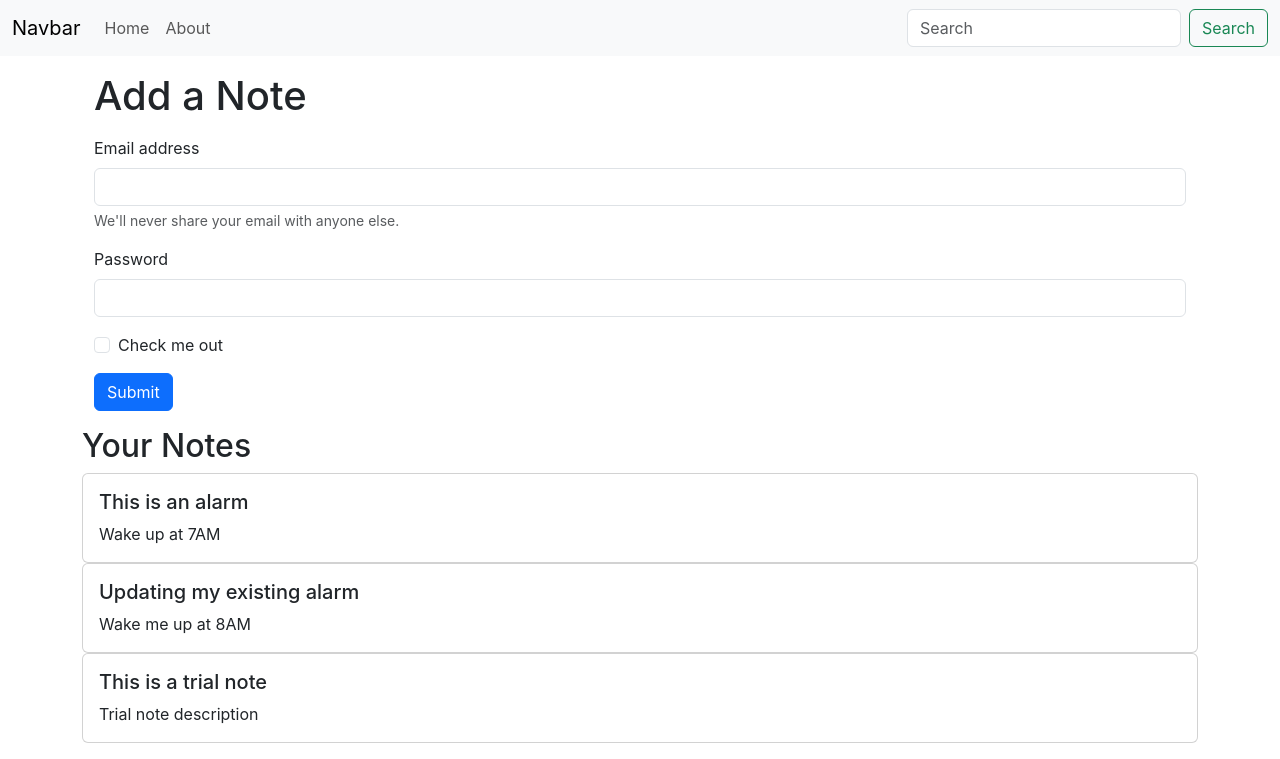
Repository: bhaveshdaipuria/inotebook
Page: /home
These files come from the project's save history. The page is drawn as it stood at one moment and after the next save; the edit follows.
The browser window is 1280 px wide. The pictures show the whole page.
The project was rebuilt for these pictures with package versions that can differ from the ones it lists, and the page was loaded fresh each time. Also part of the build but not shown: src/App.css, src/components/About.js.

Above is the page before, as saved 2023-05-03 13:56:01.

### public/index.html
<!DOCTYPE html>
<html lang="en">
  <head>
    <meta charset="utf-8" />
    <link rel="icon" href="%PUBLIC_URL%/favicon.ico" />
    <meta name="viewport" content="width=device-width, initial-scale=1" />
    <meta name="theme-color" content="#000000" />
    <meta
      name="description"
      content="Web site created using create-react-app"
    />
    <link rel="apple-touch-icon" href="%PUBLIC_URL%/logo192.png" />
    <link href="https://cdn.jsdelivr.net/npm/bootstrap@5.3.0-alpha3/dist/css/bootstrap.min.css" rel="stylesheet" integrity="sha384-KK94CHFLLe+nY2dmCWGMq91rCGa5gtU4mk92HdvYe+M/SXH301p5ILy+dN9+nJOZ" crossorigin="anonymous">
    <!--
      manifest.json provides metadata used when your web app is installed on a
      user's mobile device or desktop. See https://developers.google.com/web/fundamentals/web-app-manifest/
    -->
    <link rel="manifest" href="%PUBLIC_URL%/manifest.json" />
    <!--
      Notice the use of %PUBLIC_URL% in the tags above.
      It will be replaced with the URL of the `public` folder during the build.
      Only files inside the `public` folder can be referenced from the HTML.

      Unlike "/favicon.ico" or "favicon.ico", "%PUBLIC_URL%/favicon.ico" will
      work correctly both with client-side routing and a non-root public URL.
      Learn how to configure a non-root public URL by running `npm run build`.
    -->
    <title>iNotebook</title>
  </head>
  <body>
    <noscript>You need to enable JavaScript to run this app.</noscript>
    <div id="root"></div>
    <!--
      This HTML file is a template.
      If you open it directly in the browser, you will see an empty page.

      You can add webfonts, meta tags, or analytics to this file.
      The build step will place the bundled scripts into the <body> tag.

      To begin the development, run `npm start` or `yarn start`.
      To create a production bundle, use `npm run build` or `yarn build`.
    -->
  </body>
  <script src="https://cdn.jsdelivr.net/npm/bootstrap@5.3.0-alpha3/dist/js/bootstrap.bundle.min.js" integrity="sha384-ENjdO4Dr2bkBIFxQpeoTz1HIcje39Wm4jDKdf19U8gI4ddQ3GYNS7NTKfAdVQSZe" crossorigin="anonymous"></script>
</html>

### src/App.js
import './App.css';
import Navbar from './components/Navbar';
import Home  from './components/Home';
import { BrowserRouter, Routes, Route } from 'react-router-dom';
import About from './components/About';
import NoteState from './context/notes/NoteState';

function App() {
  return (
    <>
    <NoteState>
    <BrowserRouter>
    <Navbar/>
    <div className='container'>
      <Routes>
      <Route exact path = '/home' element={<Home/>}/>
      <Route exact path = '/about' element={<About/>}/>
    </Routes>
    </div>
    </BrowserRouter>
    </NoteState>
    </>
  );
}

export default App;

### src/components/Navbar.js
import React, { useEffect } from "react";
import { Link, useLocation } from "react-router-dom";

function Navbar() {
  let location = useLocation();
  useEffect(()=>{
    console.log(location.pathname)
  }, [location]);
  return (
    <nav className="navbar navbar-expand-lg bg-body-tertiary">
      <div className="container-fluid">
        <Link className="navbar-brand" to="/">
          Navbar
        </Link>
        <button
          className="navbar-toggler"
          type="button"
          data-bs-toggle="collapse"
          data-bs-target="#navbarSupportedContent"
          _aria-controls="navbarSupportedContent"
          aria-expanded="false"
          aria-label="Toggle navigation"
        >
          <span className="navbar-toggler-icon"></span>
        </button>
        <div className="collapse navbar-collapse" id="navbarSupportedContent">
          <ul className="navbar-nav me-auto mb-2 mb-lg-0">
            <li className="nav-item">
              <Link className={`nav-link ${location.pathname === '/'?"active":""}`} aria-current="page" to="/home">
                Home
              </Link>
            </li>
            <li className="nav-item">
              <Link className={`nav-link ${location.pathname === '/about'?"active":""}`} to="/about">
                About
              </Link>
            </li>
          </ul>
          <form className="d-flex" role="search">
            <input
              className="form-control me-2"
              type="search"
              placeholder="Search"
              aria-label="Search"
            />
            <button className="btn btn-outline-success" type="submit">
              Search
            </button>
          </form>
        </div>
      </div>
    </nav>
  );
}

export default Navbar;

### src/components/Home.js
import React, {useContext} from 'react';
import noteContext from '../context/notes/noteContext';
import NoteItem from './NoteItem';

function Home() {
  const context = useContext(noteContext);
  const{notes, setNotes} = context;
  return (
    <div>
    <div className='container my-3'>
    <h1>Add a Note</h1>
    <form className='my-3'>
  <div className="mb-3">
    <label for="exampleInputEmail1" className="form-label">Email address</label>
    <input type="email" className="form-control" id="exampleInputEmail1" aria-describedby="emailHelp"/>
    <div id="emailHelp" className="form-text">We'll never share your email with anyone else.</div>
  </div>
  <div className="mb-3">
    <label for="exampleInputPassword1" className="form-label">Password</label>
    <input type="password" className="form-control" id="exampleInputPassword1"/>
  </div>
  <div className="mb-3 form-check">
    <input type="checkbox" className="form-check-input" id="exampleCheck1"/>
    <label className="form-check-label" for="exampleCheck1">Check me out</label>
  </div>
  <button type="submit" className="btn btn-primary">Submit</button>
</form>
</div>
    <div className='row my-3'>
    <h2>Your Notes</h2>
    {notes.map((note)=>{
      return <NoteItem note = {note}/>
    })}
    </div>
    </div>
  )
}

export default Home;

### src/context/notes/NoteState.js
import NoteContext from "./noteContext";
import { useState } from "react";

const  NoteState = (props)=>{
    const notesInitial = [
        {
          "_id": "644f7e8be617961a0e690ce2",
          "user": "644f7d94e617961a0e690ccc",
          "title": "This is an alarm",
          "description": "Wake up at 7AM",
          "tag": "General",
          "date": "2023-05-01T08:55:39.717Z",
          "__v": 0
        },
        {
          "_id": "644f7ea9e617961a0e690ce5",
          "user": "644f7d94e617961a0e690ccc",
          "title": "Updating my existing alarm",
          "description": "Wake me up at 8AM",
          "tag": "Updated Alarm",
          "date": "2023-05-01T08:56:09.511Z",
          "__v": 0
        },
        {
          "_id": "644f8271f19dd960cfe94ffd",
          "user": "644f7d94e617961a0e690ccc",
          "title": "This is a trial note",
          "description": "Trial note description",
          "tag": "General",
          "date": "2023-05-01T09:12:17.622Z",
          "__v": 0
        }
      ]
      const [notes, setNotes] = useState(notesInitial)
    return(
        <NoteContext.Provider value={{notes, setNotes}}>
            {props.children}
        </NoteContext.Provider>
    )
}

export default NoteState;

### src/components/NoteItem.js
import React from 'react'

function NoteItem(props) {
    const {note} = props;
  return (
    <div className='col-mid-3'>
    <div className='card'>
        <div className='card-body'>
            <h5 className='card-title'>{note.title}</h5>
            <p className='card-text'>{note.description}</p>
        </div>
    </div>
    </div>
  )
}

export default NoteItem;

Loaded but not shown: src/index.js (common file); src/index.css (common file); src/context/notes/noteContext.js (common file)

After the next save:
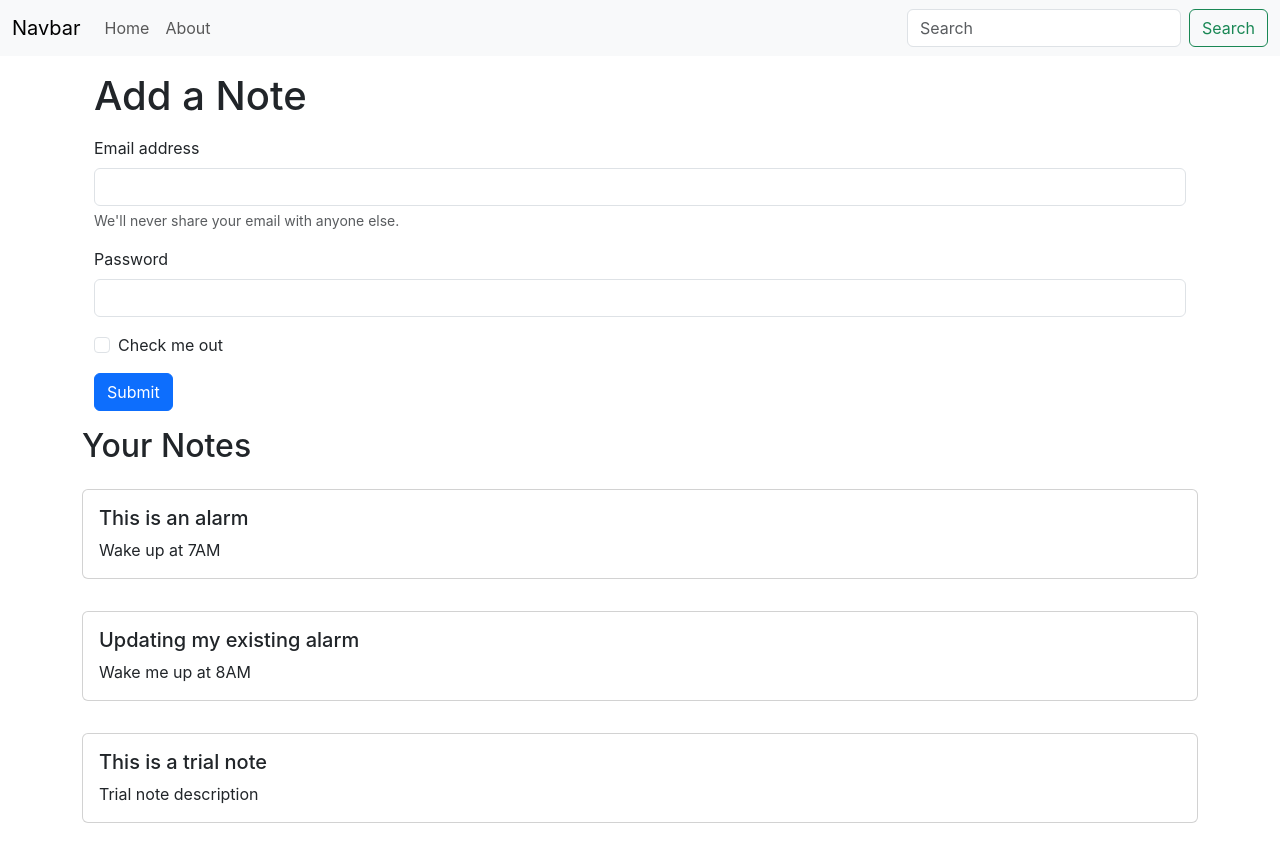
Saved 96 s later.
--- a/src/components/NoteItem.js
+++ b/src/components/NoteItem.js
@@ -4,7 +4,7 @@ function NoteItem(props) {
     const {note} = props;
   return (
     <div className='col-mid-3'>
-    <div className='card'>
+    <div className='card my-3'>
         <div className='card-body'>
             <h5 className='card-title'>{note.title}</h5>
             <p className='card-text'>{note.description}</p>
